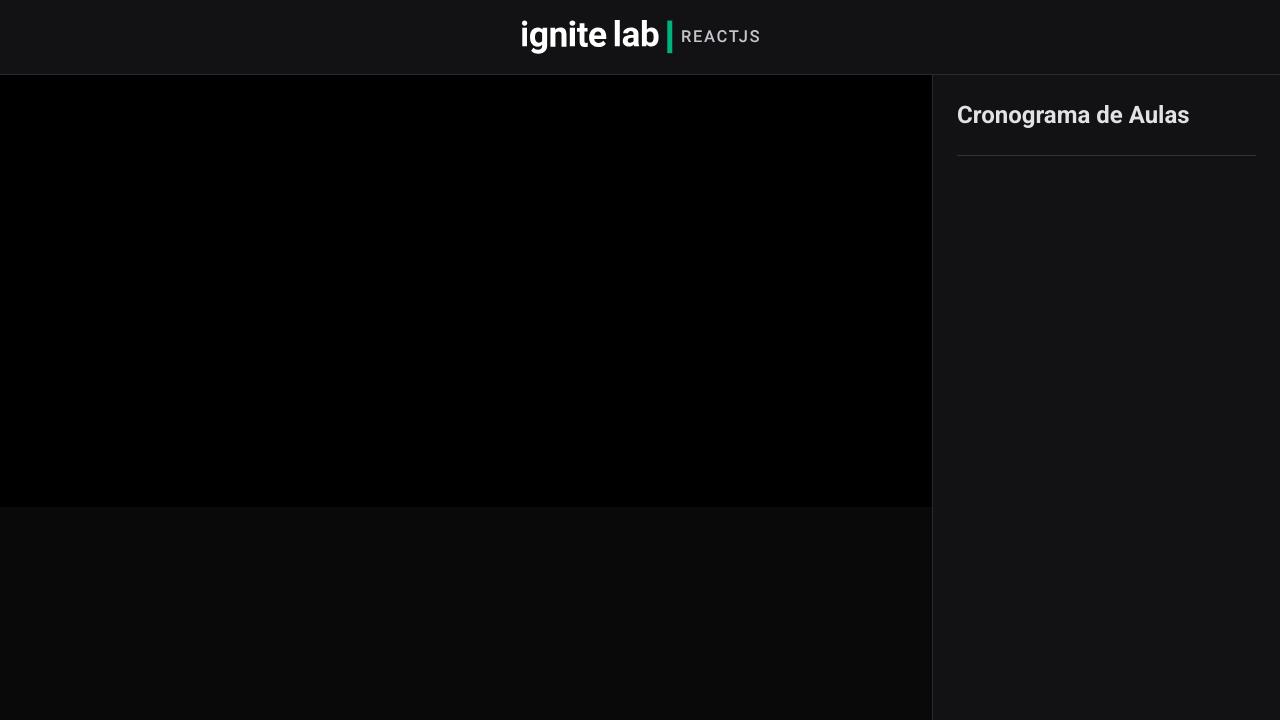
Repository: guilhermecardoso93/ignitelab
Page: /
The author's editor kept a copy of each file at every save. The page is drawn from the files as they stood at one save, then again after the next save.
The browser window is 1280 px wide. The pictures show the whole page.
The page's requests for data from a server got no answer. The project was rebuilt for these pictures with package versions that can differ from the ones it lists, and the page was loaded fresh each time. No one was signed in, and anything a server would have sent is missing. Also part of the build but not shown: vite.config.ts, src/components/Lesson/index.tsx.

Above is the page before, as saved 2022-06-23 20:13:12.

### index.html
<!DOCTYPE html>
<html lang="en">
  <head>
    <meta charset="UTF-8" />
    <link rel="icon" type="image/svg+xml" href="/src/favicon.svg" />
    <link rel="preconnect" href="https://fonts.googleapis.com" />
    <link rel="preconnect" href="https://fonts.gstatic.com" crossorigin />
    <link
      href="https://fonts.googleapis.com/css2?family=Roboto:wght@400;500;700&display=swap"
      rel="stylesheet"
    />
    <meta name="viewport" content="width=device-width, initial-scale=1.0" />
    <title>Ignite Lab</title>
  </head>
  <body>
    <div id="root"></div>
    <script type="module" src="/src/main.tsx"></script>
  </body>
</html>

### src/main.tsx
import { ApolloProvider } from "@apollo/client";
import React from "react";
import ReactDOM from "react-dom/client";
import { App } from "./App";
import { client } from "./lib/apollo";

import "./styles/global.css";

ReactDOM.createRoot(document.getElementById("root")!).render(
  <React.StrictMode>
    <ApolloProvider client={client}>
      <App />
    </ApolloProvider>
  </React.StrictMode>
);

### src/App.tsx
import { Event } from "./pages/Event";

export function App() {
  return (
    <div>
      <Event />
    </div>
  );
}

### src/lib/apollo.ts
import { ApolloClient, InMemoryCache } from "@apollo/client";

export const client = new ApolloClient({
  uri: "https://api-sa-east-1.graphcms.com/v2/cl4orc0220r0201xnfce43eoi/master",
  cache: new InMemoryCache()
});

### src/pages/Event.tsx
import { Header } from "../components/Header";
import { Sidebar } from "../components/Sidebar";
import { Video } from "../components/Video";

export function Event() {
  return (
    <div className="flex flex-col min-h-screen">
      <Header />
      <main className="flex flex-1">
        <Video />
        <Sidebar />
      </main>
    </div>
  );
}

### src/components/Header/index.tsx
import { Logo } from "../Logo";

export function Header() {
  return (
    <header className='w-full py-5 flex items-center justify-center bg-gray-700 border-b border-gray-600'>
      <Logo/>
    </header>
  );
}

### src/components/Sidebar/index.tsx
import { gql, useQuery } from "@apollo/client";
import { Lesson } from "../Lesson";

const GET_LESSONS_QUERY = gql`
  query {
    lessons(orderBy: availableAt_ASC, stage: PUBLISHED) {
      id
      lessonType
      availableAt
      title
      slug
    }
  }
`;

interface GetLessonsQueryResponse {
  lessons: {
    id: string;
    title: string;
    slug: string;
    availableAt: string;
    lessonType: "live" | "class";
  }[];
}

export function Sidebar() {
  const { data } = useQuery<GetLessonsQueryResponse>(GET_LESSONS_QUERY);

  return (
    <aside className="w-[348px] bg-gray-700 p-6 border-l border-gray-600">
      <span className="font-bold text-2xl pb-6 mb-6 border-b border-gray-500 block">
        Cronograma de Aulas
      </span>

      <div className="flex flex-col gap-8">
        { data?.lessons.map( lesson => {
          return (
            <Lesson
            key={lesson.id}
            title={lesson.title}
            slug={lesson.slug}
            availableAt={new Date(lesson.availableAt)}
            type={lesson.lessonType}
          />
          )
        })}
      </div>
    </aside>
  );
}

### src/components/Video/index.tsx
export function Video() {
  return (
    <div className='flex-1 '>
      <div className="bg-black flex justify-center">
        <div className="h-full w-full max-w-[1100px] max-h-[60vh] aspect-video"></div>
      </div>
      <div className="p-8 max-w-[1100px] mx-auto">
        <div className="flex items-start gap-16">

        </div>
        <div>

        </div>
      </div>
    </div>

  );
}

### src/components/Logo/index.tsx
export function Logo() {
  return (
    <svg
      xmlns="http://www.w3.org/2000/svg"
      width="237"
      height="34"
      fill="none"
      viewBox="0 0 237 34"
    >
      <path
        fill="#fff"
        d="M.002 3.112a2.49 2.49 0 01.165-.987c.12-.314.304-.595.535-.83A2.906 2.906 0 012.615.572c.698 0 1.374.257 1.912.723.23.24.412.524.536.837a2.701 2.701 0 010 1.979 2.568 2.568 0 01-.536.837 2.889 2.889 0 01-1.907.723 2.901 2.901 0 01-1.908-.723 2.458 2.458 0 01-.538-.84 2.645 2.645 0 01-.172-.996zm4.96 23.146H.273V7.862h4.689v18.397zM8.012 16.973c0-2.853.686-5.145 2.055-6.883a6.653 6.653 0 015.528-2.606 5.869 5.869 0 014.802 2.09l.2-1.751h4.538v17.95a7.891 7.891 0 01-1.12 4.246 7.243 7.243 0 01-3.147 2.752 11.155 11.155 0 01-4.742.94c-1.378 0-2.74-.279-4.008-.812a7.08 7.08 0 01-2.946-2.11l2.208-3.02a5.905 5.905 0 004.543 2.08 4.356 4.356 0 003.104-1.059 3.938 3.938 0 001.103-2.993v-.994a5.775 5.775 0 01-4.555 1.935 6.647 6.647 0 01-3.05-.652 6.615 6.615 0 01-2.408-1.967c-1.397-1.752-2.085-4.089-2.085-6.942v-.21h-.025l.005.006zm4.997.355a6.723 6.723 0 001.026 3.956 3.233 3.233 0 002.799 1.443c.651.045 1.3-.088 1.878-.39a3.52 3.52 0 001.396-1.305v-7.825a3.448 3.448 0 00-1.374-1.305 3.504 3.504 0 00-1.86-.39 3.28 3.28 0 00-1.61.365 3.22 3.22 0 00-1.219 1.103c-.688.975-1.036 2.418-1.036 4.348zM33.098 7.833l.158 2.196a6.527 6.527 0 012.371-1.927 6.38 6.38 0 012.971-.62c1.97 0 3.438.597 4.39 1.79.953 1.194 1.456 2.936 1.486 5.293v12.249h-4.962V14.683a3.367 3.367 0 00-.684-2.344 3.086 3.086 0 00-1.069-.598 3.008 3.008 0 00-1.211-.13 3.349 3.349 0 00-1.821.454c-.553.32-1.01.794-1.313 1.367v13.37H28.45V7.845l4.647-.012zM47.512 3.112a2.304 2.304 0 01.185-.988 2.42 2.42 0 01.59-.831A3.439 3.439 0 0150.404.57c.772 0 1.52.256 2.117.723.508.486.792 1.142.792 1.826 0 .683-.284 1.34-.792 1.826a3.417 3.417 0 01-2.11.723c-.77 0-1.517-.257-2.11-.723a2.47 2.47 0 01-.594-.839 2.342 2.342 0 01-.19-.994h-.005zm5.483 23.149h-5.18V7.86h5.18v18.4zM62.454 3.334v4.612h3.107v3.677h-3.107v9.382c-.05.53.091 1.063.395 1.495a1.824 1.824 0 001.473.45c.476.002.95-.035 1.421-.114v3.803a9.672 9.672 0 01-2.939.449c-3.398 0-5.128-1.775-5.19-5.32V11.644h-2.642V7.968h2.643V3.356h4.841v-.025l-.002.003zM76.487 27.08a9.277 9.277 0 01-6.759-2.55c-1.74-1.699-2.605-3.957-2.605-6.797v-.494a11.295 11.295 0 011.098-5.08 8.141 8.141 0 013.111-3.465 8.72 8.72 0 014.59-1.22c2.577 0 4.62.815 6.098 2.449 1.478 1.633 2.226 3.94 2.226 6.929v2.055h-12.01a4.665 4.665 0 001.473 2.971 4.487 4.487 0 003.111 1.111 5.426 5.426 0 004.548-2.115l2.476 2.781a7.506 7.506 0 01-3.07 2.507 9.81 9.81 0 01-4.287.916v.002zm-.594-15.514a3.127 3.127 0 00-2.428 1.012 5.405 5.405 0 00-1.188 2.912h7.006v-.405a3.749 3.749 0 00-.908-2.608 3.252 3.252 0 00-2.45-.908h-.03l-.002-.003zM97.771 26.259h-4.957V0h4.957V26.26zM112.209 26.259c-.227-.444-.392-.997-.496-1.659-1.196 1.333-2.751 2.002-4.666 2.002-1.811 0-3.314-.523-4.504-1.572-1.191-1.049-1.786-2.372-1.786-3.966 0-1.96.725-3.464 2.179-4.513 1.453-1.049 3.553-1.58 6.3-1.59h2.273v-1.06c0-.854-.22-1.54-.659-2.051-.44-.513-1.131-.77-2.078-.77-.832 0-1.486.2-1.957.6-.474.4-.708.945-.708 1.64h-4.941c0-1.07.331-2.062.992-2.973.662-.91 1.597-1.626 2.804-2.144 1.206-.518 2.564-.778 4.069-.778 2.28 0 4.089.573 5.429 1.718 1.34 1.145 2.009 2.756 2.009 4.83v8.017c.012 1.754.256 3.082.735 3.983v.29h-4.992l-.003-.004zm-4.086-3.435c.728 0 1.402-.163 2.016-.486.614-.326 1.071-.76 1.367-1.308v-3.181h-1.846c-2.472 0-3.79.854-3.948 2.564l-.017.291c0 .614.217 1.123.649 1.523.434.4 1.026.6 1.779.6v-.003zM136.58 17.183c0 2.963-.632 5.273-1.898 6.931-1.265 1.659-3.032 2.488-5.3 2.488-2.006 0-3.608-.77-4.805-2.308l-.222 1.967h-4.444V.001h4.94v9.418c1.14-1.332 2.638-2 4.496-2 2.256 0 4.025.828 5.308 2.487 1.283 1.658 1.923 3.992 1.923 7v.274l.002.003zm-4.94-.358c0-1.868-.296-3.233-.889-4.094-.592-.861-1.475-1.29-2.65-1.29-1.572 0-2.655.643-3.247 1.932v7.299c.604 1.298 1.697 1.95 3.282 1.95 1.584 0 2.643-.788 3.146-2.36.239-.752.358-1.897.358-3.437z"
      ></path>
      <path
        fill="#C4C4CC"
        d="M164.51 17.501h-2.283v4.53h-2.048v-11.78h4.143c1.36 0 2.408.306 3.149.915.74.61 1.108 1.493 1.108 2.648 0 .787-.19 1.449-.57 1.98-.38.532-.911.94-1.59 1.226l2.646 4.906v.106h-2.194l-2.364-4.531h.003zm-2.283-1.65h2.105c.691 0 1.229-.176 1.619-.524.39-.348.582-.824.582-1.429 0-.604-.18-1.12-.538-1.466-.358-.345-.893-.523-1.606-.533h-2.162V15.85zM179.066 16.773h-4.839v3.625h5.656v1.634h-7.704V10.25h7.648v1.65h-5.6v3.253h4.839v1.62zM189.803 19.29h-4.565l-.955 2.744h-2.127l4.452-11.783h1.836l4.459 11.783h-2.137l-.963-2.744zm-3.99-1.65h3.415l-1.707-4.89-1.708 4.89zM204.716 18.197c-.119 1.256-.583 2.238-1.392 2.941-.81.703-1.885 1.056-3.228 1.056-.938 0-1.764-.222-2.48-.668-.715-.445-1.266-1.079-1.656-1.898-.387-.82-.589-1.772-.607-2.858v-1.1c0-1.11.198-2.09.59-2.937.392-.846.96-1.5 1.695-1.96.736-.458 1.587-.688 2.554-.688 1.301 0 2.347.353 3.139 1.057.792.703 1.254 1.7 1.385 2.99h-2.039c-.096-.846-.343-1.458-.74-1.833-.397-.375-.977-.563-1.745-.563-.89 0-1.574.326-2.05.977-.479.652-.721 1.605-.733 2.863v1.044c0 1.273.227 2.245.683 2.917.457.668 1.123 1.004 2.004 1.004.805 0 1.409-.18 1.814-.543.405-.363.661-.962.77-1.804h2.038l-.002.003zM216.481 11.902h-3.674v10.132h-2.031V11.902h-3.642V10.25h9.347v1.65zM222.759 10.251h2.039v8.262c0 1.127-.353 2.023-1.057 2.687-.703.664-1.633.995-2.788.995-1.229 0-2.179-.311-2.848-.93-.669-.62-1.004-1.484-1.004-2.59h2.038c0 .627.156 1.096.467 1.412.31.316.76.474 1.347.474.55 0 .989-.183 1.315-.545.326-.366.489-.867.489-1.51V10.25h.002zM234.952 18.999c0-.518-.183-.918-.545-1.197-.363-.279-1.022-.563-1.972-.849-.95-.286-1.705-.604-2.265-.955-1.074-.674-1.612-1.555-1.612-2.638 0-.95.388-1.732 1.163-2.347.774-.614 1.779-.922 3.015-.922.819 0 1.55.15 2.194.454a3.597 3.597 0 011.513 1.29c.367.558.55 1.177.55 1.858h-2.038c0-.614-.193-1.095-.578-1.443-.385-.348-.938-.524-1.656-.524-.668 0-1.189.144-1.557.43-.37.286-.555.686-.555 1.197 0 .432.2.792.6 1.08.399.29 1.056.57 1.974.842.918.271 1.653.582 2.208.93.556.348.963.748 1.222 1.197.259.452.387.977.387 1.582 0 .982-.375 1.762-1.127 2.342-.753.58-1.775.87-3.063.87a5.755 5.755 0 01-2.352-.473c-.715-.316-1.27-.75-1.668-1.308-.397-.555-.594-1.204-.594-1.942h2.048c0 .669.222 1.187.664 1.555.441.367 1.075.55 1.902.55.713 0 1.246-.143 1.607-.432.357-.288.538-.671.538-1.145l-.003-.002z"
      ></path>
      <path fill="#00B37E" d="M150.271 33.146h-4.958V.57h4.958v32.576z"></path>
    </svg>
  );
}

### tailwind.config.js
/** @type {import('tailwindcss').Config} */
module.exports = {
  content: ["./src/**/*.tsx"],
  theme: {
    extend: {
      fontFamily: {
        sans: "Roboto, sans-serif"
      },
      colors: {
        green: {
          300: "#00B37E",
          500: "#00875F",
          700: "#015F43"
        },
        blue: {
          500: "#81D8F7"
        },
        orange: {
          500: "#FBA94C"
        },
        red: {
          500: "#F75A68"
        },
        gray: {
          100: "#E1E1E6",
          200: "#C4C4CC",
          300: "#8D8D99",
          500: "#323238",
          600: "#29292E",
          700: "#121214",
          900: "#09090A"
        }
      }
    }
  },
  plugins: []
};

Loaded but not shown: src/styles/global.css (common file)

After the next save:
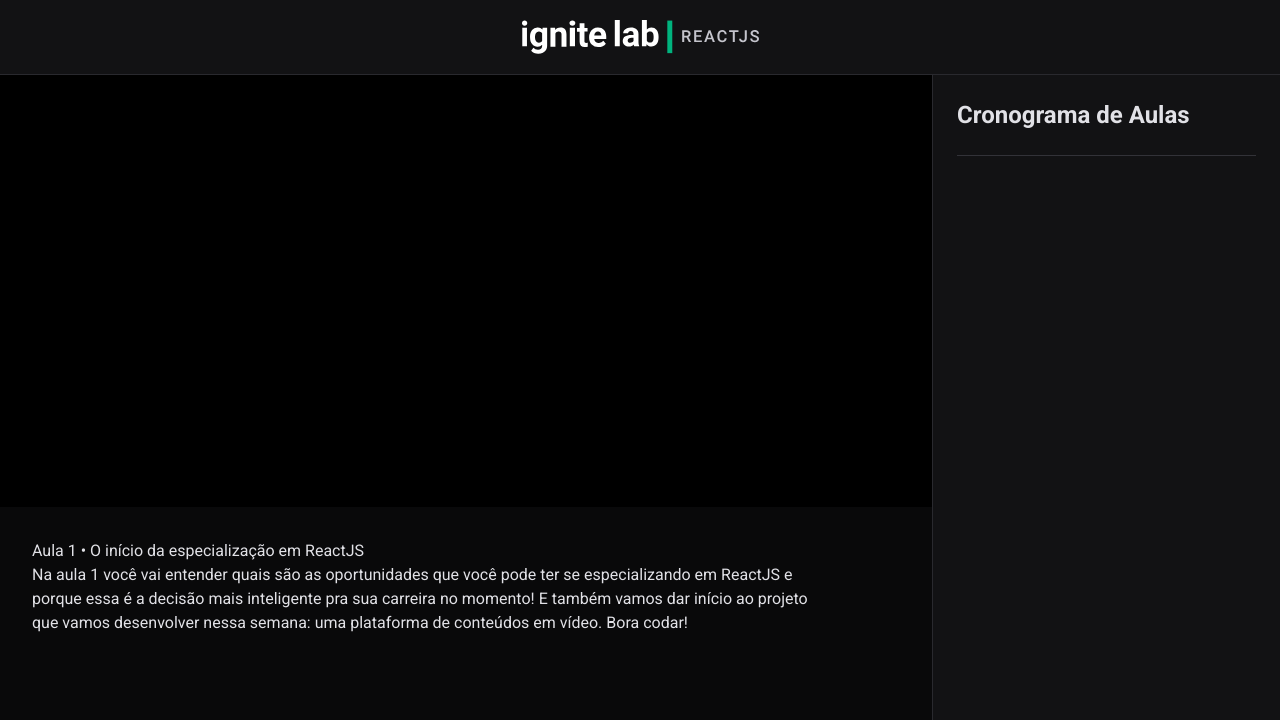
Saved 115 s later.
--- a/src/components/Video/index.tsx
+++ b/src/components/Video/index.tsx
@@ -6,7 +6,15 @@
       </div>
       <div className="p-8 max-w-[1100px] mx-auto">
         <div className="flex items-start gap-16">
+          <div className="flex-1">
+              <h1>Aula 1 • O início da especialização em ReactJS </h1>
+              <p>
+              Na aula 1 você vai entender quais são as oportunidades que você pode ter se especializando em ReactJS e porque essa é a decisão mais inteligente pra sua carreira no momento! E também vamos dar início ao projeto que vamos desenvolver nessa semana: uma plataforma de conteúdos em vídeo. Bora codar!
+              </p>
+          </div>
+          <div>
 
+          </div>
         </div>
         <div>
 
